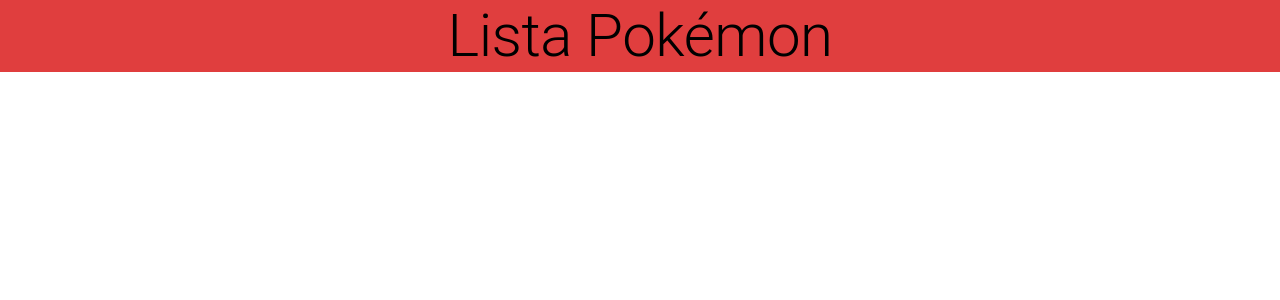
Repository: lenx0/PokeWiki-Front
Page: /
The author's editor kept a copy of each file at every save. The page is drawn from the files as they stood at one save, then again after the next save.
The browser window is 1280 px wide. The pictures show the whole page.
The page's requests for data from a server got no answer. The project was rebuilt for these pictures with package versions that can differ from the ones it lists, and the page was loaded fresh each time. The framework's server and built-in components were replaced by stand-ins that run in the browser. No one was signed in, and anything a server would have sent is missing. Also part of the build but not shown: next.config.mjs.

Above is the page before, as saved 2024-02-13 19:21:28.

After the next save:
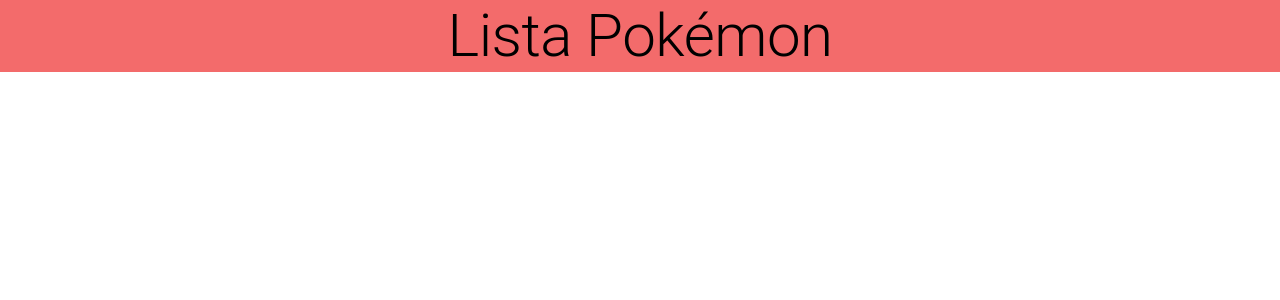
Saved 6 s later.
--- a/src/app/pages/PokemonList/page.jsx
+++ b/src/app/pages/PokemonList/page.jsx
@@ -4,7 +4,7 @@
 export default function PokemonList() {
   return (
     <Grid container>
-      <Grid item xs={12} sm={12} md={12} backgroundColor="#e03e3e" textAlign="center">
+      <Grid item xs={12} sm={12} md={12} backgroundColor="#f14e4ed5" textAlign="center">
         <Typography variant="h2">Lista Pokémon</Typography>
       </Grid>
       <Cards />
